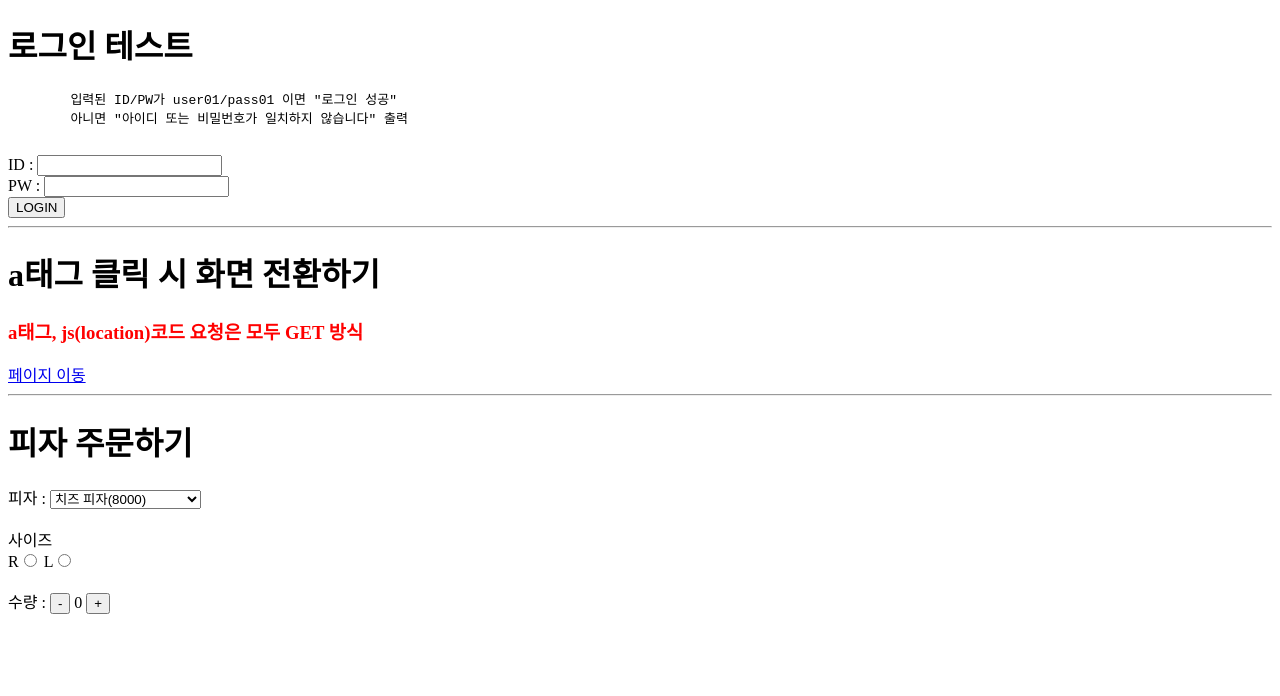
Repository: Rabsterd/6_Server
Page: JSPProject1/src/main/webapp/index.html
These files come from the project's save history. The page is drawn as it stood at one moment and after the next save; the edit follows.
The browser window is 1280 px wide. The pictures show the whole page.

Above is the page before, as saved 2023-09-18 02:06:54.

### JSPProject1/src/main/webapp/index.html
<!DOCTYPE html>
<html lang="en">
<head>
    <meta charset="UTF-8">
    <meta name="viewport" content="width=device-width, initial-scale=1.0">
    <title>JSP Project1</title>
</head>
<body>
    <h1>로그인 테스트</h1>

    <pre>
        입력된 ID/PW가 user01/pass01 이면 "로그인 성공"
        아니면 "아이디 또는 비밀번호가 일치하지 않습니다" 출력
    </pre>

    <form action="/login" method="post">
        ID : <input type="text" name="id"> <br>
        PW : <input type="password" name="pw"> <br>
        <button>LOGIN</button>
    </form>

    <hr>

    <h1>a태그 클릭 시 화면 전환하기</h1>

    <h3 style="color: red;">a태그, js(location)코드 요청은 모두 GET 방식</h3>

    <a href="/test/result">페이지 이동</a>



    <hr>

    <h1>피자 주문하기</h1>

    <form action="/pizzaOrder" method="post">
		피자 :
		<select name="pizza">
			<option value="1">치즈 피자(8000)</option>
			<option value="2">콤비네이션 피자(9000)</option>
			<option value="3">핫치킨 피자(10000)</option>
		</select>

		<br><br>

		사이즈 <br>
		<label>
			R<input type="radio" name="size" value="R">
		</label>
		<label>
			L<input type="radio" name="size" value="L">
		</label>

		<br><br>

		수량 :
		<button>-</button>
		<span id="amount">0</span>
		<button>+</button>

		<input type="hidden" name="amount" value="0">
	</form>
</body>
</html>

After the next save:
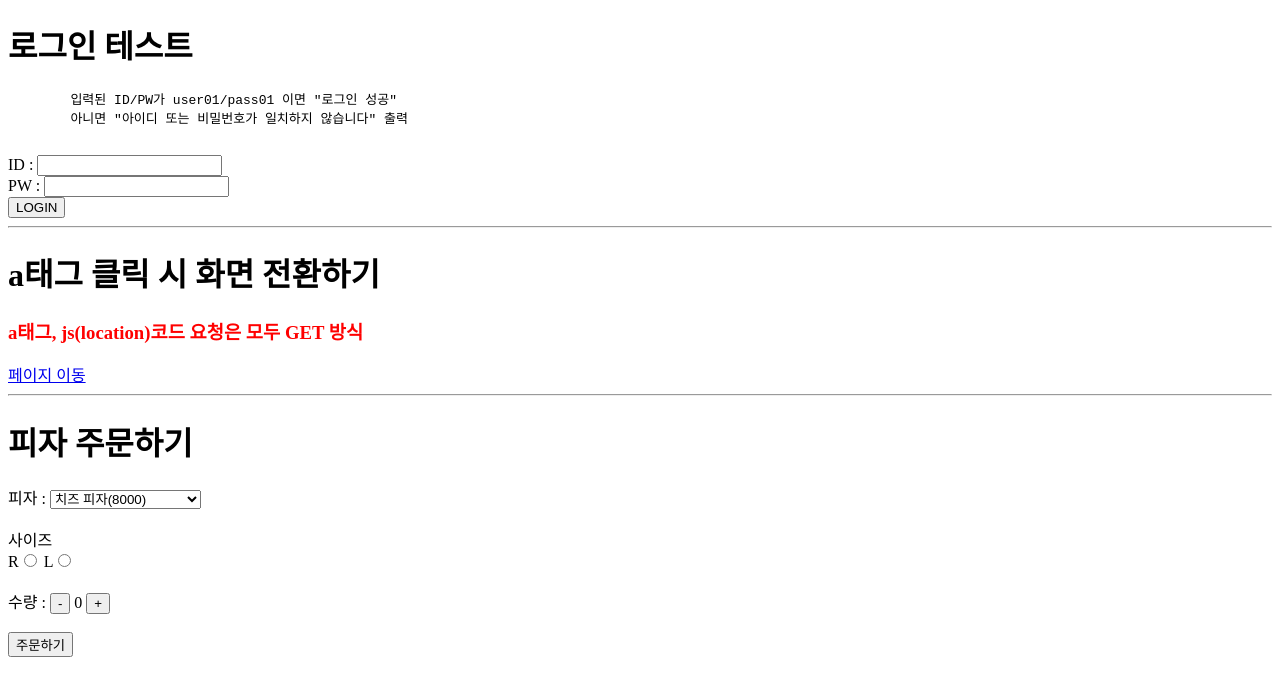
Saved 23 s later.
--- a/JSPProject1/src/main/webapp/index.html
+++ b/JSPProject1/src/main/webapp/index.html
@@ -59,6 +59,9 @@
 		<button>+</button>
 
 		<input type="hidden" name="amount" value="0">
+
+		<br><br>
+		<button>주문하기</button>
 	</form>
 </body>
 </html>
